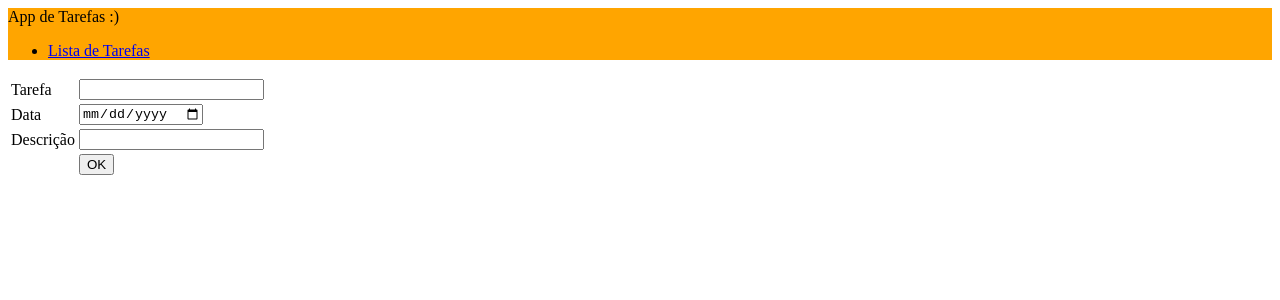
Repository: sophiaks/CRUD
Page: http://localhost/Projeto1/Views/adiciona.jsp
An editor plug-in stored every save of this project. The page is shown before and after the next save, followed by the edit.
The browser window is 1280 px wide. The pictures show the whole page.
The page is served by Tomcat 9. Nobody is signed in. The application's start-up code is not run.

Above is the page before, as saved 2020-09-23 18:58:05.

After the next save:
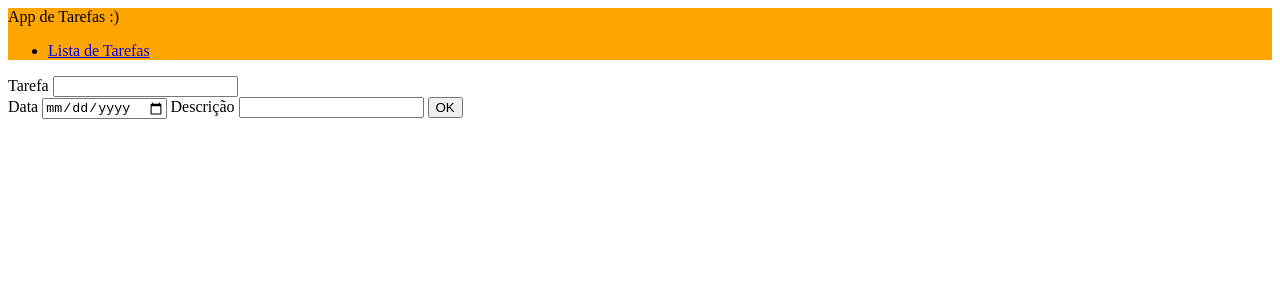
Saved 80 s later.
--- a/WorkspaceP1/Projeto1/WebContent/Views/adiciona.jsp
+++ b/WorkspaceP1/Projeto1/WebContent/Views/adiciona.jsp
@@ -28,11 +28,10 @@
 		</nav>
 	</header>
 	<form action="adiciona" method="post">
-		<table>
-			<tr>
-				<td>Tarefa</td>
-				<td><input type="text" name="nome"></td>
-			</tr>
+				<div class="form-group">
+				<label for="exampleInputEmail1">Tarefa</label>
+				<input type="text" name="nome">
+				</div>
 			<tr>
 				<td>Data</td>
 				<td><input type="date" name="entrega"></td>
